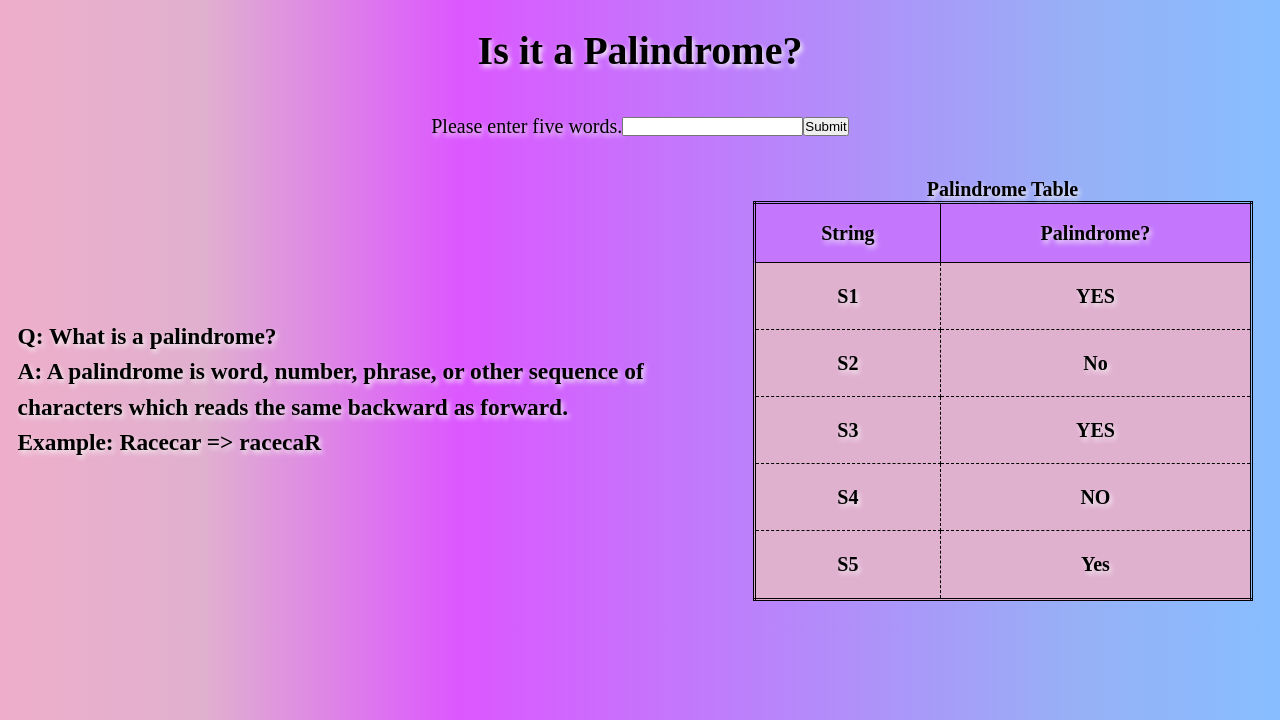
Repository: mlmEFSC21/P18-Palindrome-Table
Page: palindrome.html
An editor plug-in stored every save of this project. The page is shown before and after the next save, followed by the edit.
The browser window is 1280 px wide. The pictures show the whole page.

Above is the page before, as saved 2022-04-03 18:33:21.

After the next save:
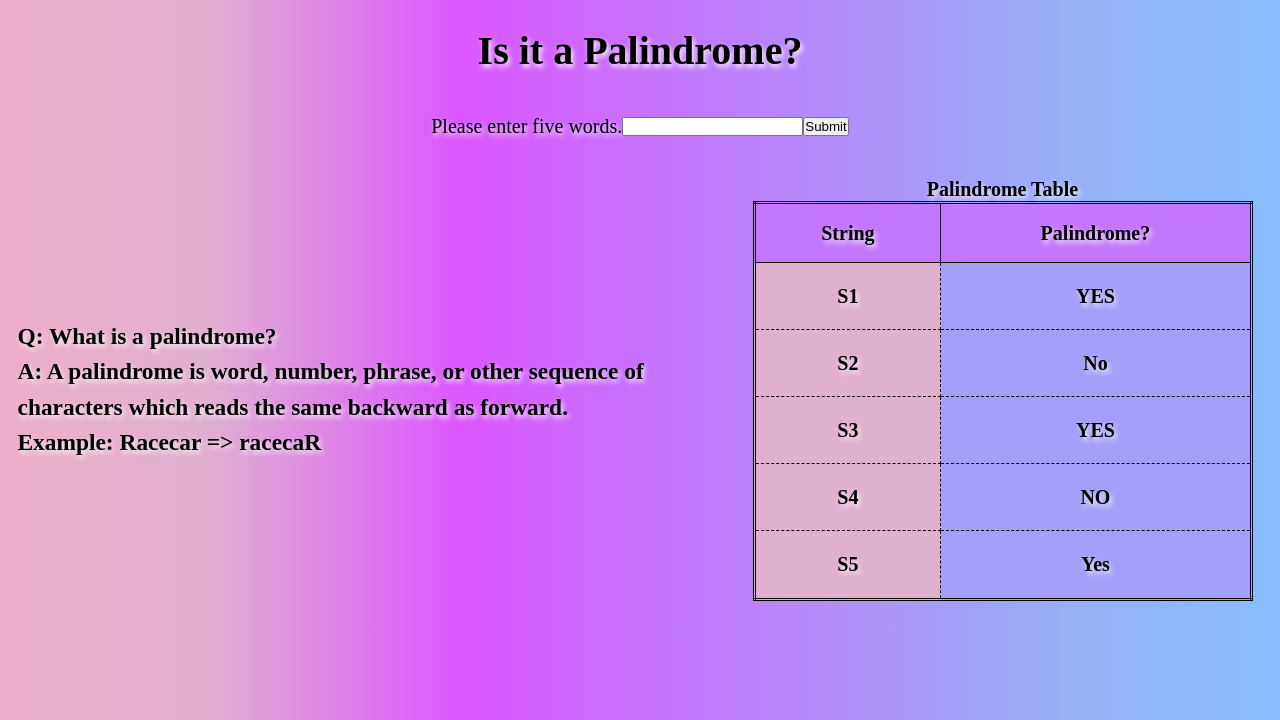
Saved 53 s later.
--- a/palindrome.css
+++ b/palindrome.css
@@ -76,3 +76,6 @@ td {
 td {
     background-color: #e0b0cf;
 }
+td:nth-child(even) {
+    background-color: #a49ff8;
+}

After the save that followed:
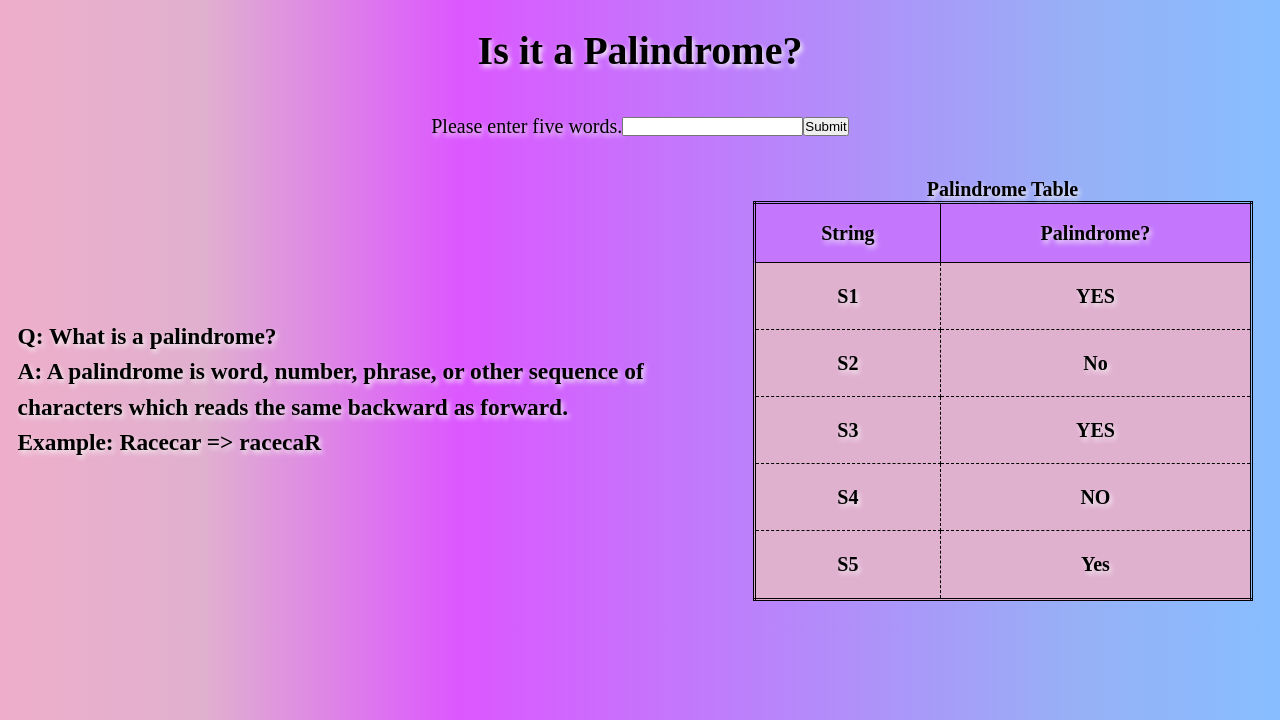
Saved 11 s later.
--- a/palindrome.css
+++ b/palindrome.css
@@ -76,6 +76,6 @@ td {
 td {
     background-color: #e0b0cf;
 }
-td:nth-child(even) {
+tr:nth-child(even) {
     background-color: #a49ff8;
 }
